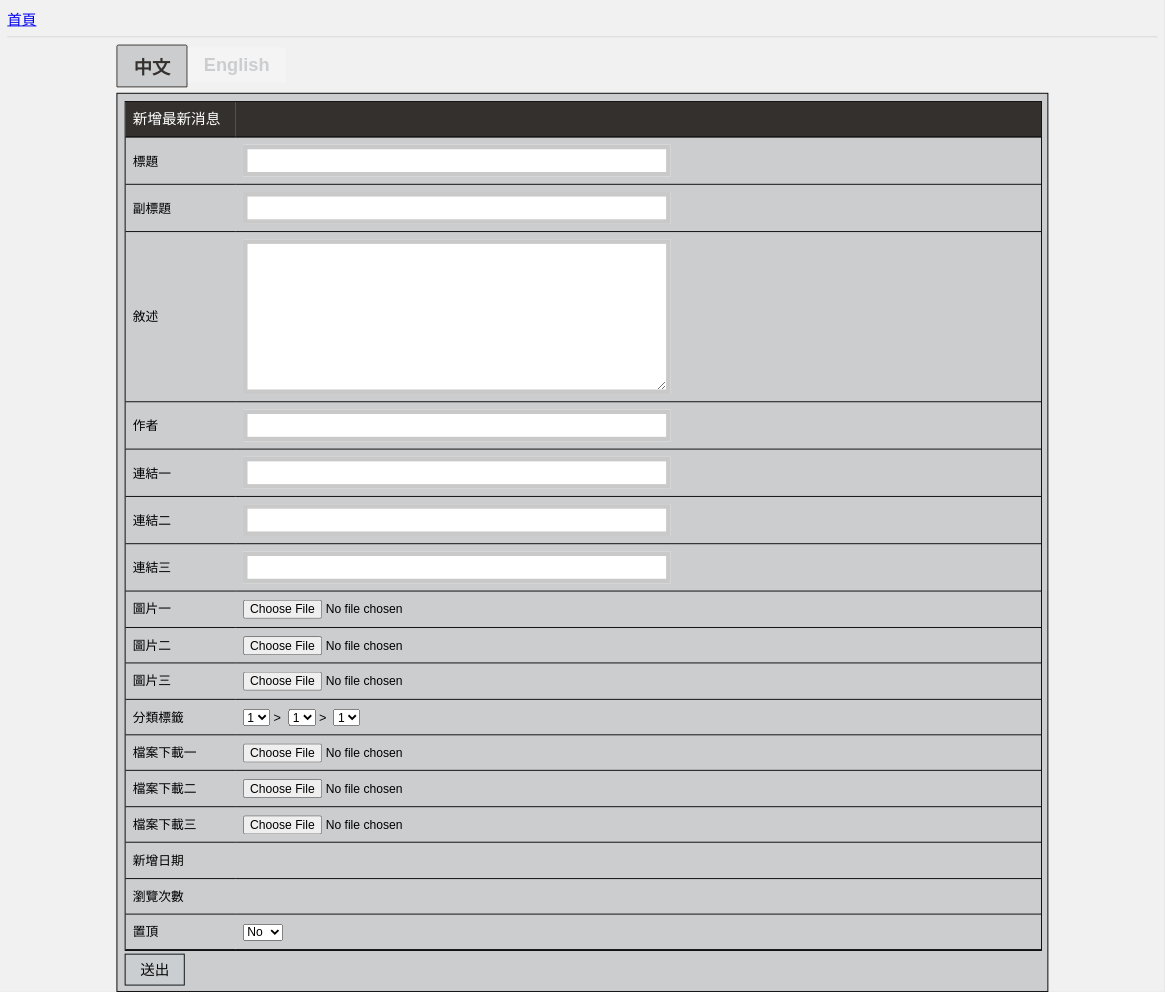
Repository: Naokiyuy/DigitalHum
Page: http://localhost/digital/backend/hotnews/hotnews-add.jsp
These files come from the project's save history. The page is drawn as it stood at one moment and after the next save; the edit follows.
The browser window is 1280 px wide. The pictures show the whole page, at 91% of full size.
Some web libraries are served in a nearby version. The page is served by Tomcat 9. Other server files are loaded and not shown.

Above is the page before, as saved 2015-03-12 18:23:11.

### digital/src/main/webapp/backend/hotnews/hotnews-add.jsp
<%@ page language="java" contentType="text/html; charset=UTF-8"
    pageEncoding="UTF-8"%>
<!DOCTYPE html PUBLIC "-//W3C//DTD HTML 4.01 Transitional//EN" "http://www.w3.org/TR/html4/loose.dtd">
<html>
<head>
<meta http-equiv="Content-Type" content="text/html; charset=UTF-8">
<title>[後台]最新消息-新增</title>
<link rel="stylesheet" type="text/css" href="/backend/css/hotnews/add.css" />
</head>
<body>
<jsp:include page="/backend/header/header.jsp"></jsp:include>
<hr />
<form action="/backend/hotnews-add.do" enctype="multipart/form-data" method="post">
<div class="tab_div">
<ul class="tabs">
	<li>
		<input type="radio" checked name="tabs" id="tab1">
        <label for="tab1">中文</label>
        <div id="tab-content1" class="tab-content animated fadeIn">
        	<div id="hotnews-add-table">
				<div class="hotnews-add-tr">
					<div class="hotnews-add-td"><span>新增最新消息</span></div>
					<div class="hotnews-add-td"></div>
				</div>
				<div class="hotnews-add-tr">
					<div class="hotnews-add-td">標題</div>
					<div class="hotnews-add-td"><input type="text" id="title_cht" name="title_cht"/></div>
				</div>
				<div class="hotnews-add-tr">
					<div class="hotnews-add-td">副標題</div>
					<div class="hotnews-add-td"><input type="text" id="subtitle_cht" name="subtitle_cht"/></div>
				</div>
				<div class="hotnews-add-tr">
					<div class="hotnews-add-td">敘述</div>
					<div class="hotnews-add-td"><textarea id="description_cht" name="description_cht"/></textarea></div>
				</div>
				<div class="hotnews-add-tr">
					<div class="hotnews-add-td">作者</div>
					<div class="hotnews-add-td"><input type="text" id="author_cht" name="author_cht"/></div>
				</div>
				<div class="hotnews-add-tr">
					<div class="hotnews-add-td">連結一</div>
					<div class="hotnews-add-td"><input type="text" id="link_1_cht" name="link_1_cht"/></div>
				</div>
				<div class="hotnews-add-tr">
					<div class="hotnews-add-td">連結二</div>
					<div class="hotnews-add-td"><input type="text" id="link_2_cht" name="link_2_cht"/></div>
				</div>
				<div class="hotnews-add-tr">
					<div class="hotnews-add-td">連結三</div>
					<div class="hotnews-add-td"><input type="text" id="link_3_cht" name="link_3_cht"/></div>
				</div>
				<div class="hotnews-add-tr">
					<div class="hotnews-add-td">圖片一</div>
					<div class="hotnews-add-td"><input type="file" id="image_1_cht" name="image_1_cht" /></div>
				</div>
				<div class="hotnews-add-tr">
					<div class="hotnews-add-td">圖片二</div>
					<div class="hotnews-add-td"><input type="file" id="image_2_cht" name="image_2_cht" /></div>
				</div>
				<div class="hotnews-add-tr">
					<div class="hotnews-add-td">圖片三</div>
					<div class="hotnews-add-td"><input type="file" id="image_3_cht" name="image_3_cht" /></div>
				</div>
				<div class="hotnews-add-tr">
					<div class="hotnews-add-td">分類標籤</div>
					<div class="hotnews-add-td">
						<select id="breadcrumb_1" name="breadcrumb_1_cht">
							<option>1</option>
							<option>2</option>
							<option>3</option>
						</select>&nbsp;>&nbsp;
						<select id="breadcrumb_2" name="breadcrumb_2_cht">
							<option>1</option>
							<option>2</option>
							<option>3</option>
						</select>&nbsp;>&nbsp;
						<select id="breadcrumb_3" name="breadcrumb_3_cht">
							<option>1</option>
							<option>2</option>
							<option>3</option>
						</select>
					</div>
				</div>
				<div class="hotnews-add-tr">
					<div class="hotnews-add-td">檔案下載一</div>
					<div class="hotnews-add-td"><input type="file" id="file_1_cht" name="file_1_cht" /></div>
				</div>
				<div class="hotnews-add-tr">
					<div class="hotnews-add-td">檔案下載二</div>
					<div class="hotnews-add-td"><input type="file" id="file_2_cht" name="file_2_cht" /></div>
				</div>
				<div class="hotnews-add-tr">
					<div class="hotnews-add-td">檔案下載三</div>
					<div class="hotnews-add-td"><input type="file" id="file_3_cht" name="file_3_cht" /></div>
				</div>
				<div class="hotnews-add-tr">
					<div class="hotnews-add-td">新增日期</div>
					<div class="hotnews-add-td"></div>
				</div>
				<div class="hotnews-add-tr">
					<div class="hotnews-add-td">瀏覽次數</div>
					<div class="hotnews-add-td"></div>
				</div>
				<div class="hotnews-add-tr">
					<div class="hotnews-add-td">置頂</div>
					<div class="hotnews-add-td">
						<select id="top_cht" name="top_cht">
							<option value="0">No</option>
							<option value="1">Yes</option>
						</select>
					</div>
				</div>
			</div>
			<div class="action_btn">
				<a class="submit_btn" href="#">送出</a>
			</div>
        </div>
	</li>
	<li>
		<input type="radio" name="tabs" id="tab2">
        <label for="tab2">English</label>
        <div id="tab-content2" class="tab-content animated fadeIn">
        	<div id="hotnews-add-table">
				<div class="hotnews-add-tr">
					<div class="hotnews-add-td"><span>New HotNews</span></div>
					<div class="hotnews-add-td"></div>
				</div>
				<div class="hotnews-add-tr">
					<div class="hotnews-add-td">Title</div>
					<div class="hotnews-add-td"><input type="text" id="title_enu" name="title_enu"/></div>
				</div>
				<div class="hotnews-add-tr">
					<div class="hotnews-add-td">Subtitle</div>
					<div class="hotnews-add-td"><input type="text" id="subtitle_enu" name="subtitle_enu"/></div>
				</div>
				<div class="hotnews-add-tr">
					<div class="hotnews-add-td">Description</div>
					<div class="hotnews-add-td"><textarea id="description_enu" name="description_enu"/></textarea></div>
				</div>
				<div class="hotnews-add-tr">
					<div class="hotnews-add-td">Author</div>
					<div class="hotnews-add-td"><input type="text" id="author_enu" name="author_enu"/></div>
				</div>
				<div class="hotnews-add-tr">
					<div class="hotnews-add-td">LinkA</div>
					<div class="hotnews-add-td"><input type="text" id="link_1_enu" name="link_1_enu"/></div>
				</div>
				<div class="hotnews-add-tr">
					<div class="hotnews-add-td">LinkB</div>
					<div class="hotnews-add-td"><input type="text" id="link_2_enu" name="link_2_enu"/></div>
				</div>
				<div class="hotnews-add-tr">
					<div class="hotnews-add-td">LinkC</div>
					<div class="hotnews-add-td"><input type="text" id="link_3_enu" name="link_3_enu"/></div>
				</div>
				<div class="hotnews-add-tr">
					<div class="hotnews-add-td">ImageA</div>
					<div class="hotnews-add-td"><input type="file" id="image_1_enu" name="image_1_enu" /></div>
				</div>
				<div class="hotnews-add-tr">
					<div class="hotnews-add-td">ImageB</div>
					<div class="hotnews-add-td"><input type="file" id="image_2_enu" name="image_2_enu" /></div>
				</div>
				<div class="hotnews-add-tr">
					<div class="hotnews-add-td">ImageC</div>
					<div class="hotnews-add-td"><input type="file" id="image_3_enu" name="image_3_enu" /></div>
				</div>
				<div class="hotnews-add-tr">
					<div class="hotnews-add-td">Breadcrumb</div>
					<div class="hotnews-add-td">
						<select id="breadcrumb_1" name="breadcrumb_1_enu">
							<option>1</option>
							<option>2</option>
							<option>3</option>
						</select>&nbsp;>&nbsp;
						<select id="breadcrumb_2" name="breadcrumb_2_enu">
							<option>1</option>
							<option>2</option>
							<option>3</option>
						</select>&nbsp;>&nbsp;
						<select id="breadcrumb_3" name="breadcrumb_3_enu">
							<option>1</option>
							<option>2</option>
							<option>3</option>
						</select>
					</div>
				</div>
				<div class="hotnews-add-tr">
					<div class="hotnews-add-td">FileA</div>
					<div class="hotnews-add-td"><input type="file" id="file_1_enu" name="file_1_enu" /></div>
				</div>
				<div class="hotnews-add-tr">
					<div class="hotnews-add-td">FileB</div>
					<div class="hotnews-add-td"><input type="file" id="file_2_enu" name="file_2_enu" /></div>
				</div>
				<div class="hotnews-add-tr">
					<div class="hotnews-add-td">FileC</div>
					<div class="hotnews-add-td"><input type="file" id="file_3_enu" name="file_3_enu" /></div>
				</div>
				<div class="hotnews-add-tr">
					<div class="hotnews-add-td">Create Date</div>
					<div class="hotnews-add-td"></div>
				</div>
				<div class="hotnews-add-tr">
					<div class="hotnews-add-td">Page View</div>
					<div class="hotnews-add-td"></div>
				</div>
				<div class="hotnews-add-tr">
					<div class="hotnews-add-td">Top</div>
					<div class="hotnews-add-td">
						<select id="top_enu" name="top_enu">
							<option value="0">No</option>
							<option value="1">Yes</option>
						</select>
					</div>
				</div>
				<div class="hotnews-add-tr">
					<div class="hotnews-add-td">Enabled</div>
					<div class="hotnews-add-td">
						<select id="enabled_enu" name="enabled_enu">
							<option value="0">No</option>
							<option value="1">Yes</option>
						</select>
					</div>
				</div>
			</div>
			<div class="action_btn">
				<a class="submit_btn" href="#">Submit</a>
			</div>
        </div>
	</li>
</ul>
</div>
</form>
<jsp:include page="/backend/footer/footer.jsp"></jsp:include>
</body>
</html>

### digital/src/main/webapp/backend/header/header.jsp
<%@ page language="java" contentType="text/html; charset=UTF-8"
    pageEncoding="UTF-8"%>
<!DOCTYPE html PUBLIC "-//W3C//DTD HTML 4.01 Transitional//EN" "http://www.w3.org/TR/html4/loose.dtd">
<html>
<head>
<meta http-equiv="Content-Type" content="text/html; charset=UTF-8">
<title>Insert title here</title>
<script type="text/javascript" src="https://code.jquery.com/jquery-1.11.2.min.js"></script>
</head>
<body>
<div id="breadcrumb">
	<a href="/backend/index.do">首頁</a>
</div>
</body>
</html>

### digital/src/main/webapp/backend/footer/footer.jsp
<%@ page language="java" contentType="text/html; charset=UTF-8"
    pageEncoding="UTF-8"%>
<!DOCTYPE html PUBLIC "-//W3C//DTD HTML 4.01 Transitional//EN" "http://www.w3.org/TR/html4/loose.dtd">
<html>
<head>
<meta http-equiv="Content-Type" content="text/html; charset=UTF-8">
<title>Insert title here</title>
</head>
<body>
<%-- Menu bar --%>

<%-- breadcrumb --%>


</body>
</html>

### digital/src/main/webapp/backend/css/hotnews/add.css

hr{
	border:0; height:1px; background-color:#d4d4d4;
}
body{
	font-family: "Varela Round",sans-serif, Microsoft JhengHei;
	background-color:#f1f1f1;
}

#hotnews-add-table{
	display:table;
	width:100%;
	border:1px solid #000000;
	max-width:1024px;
	margin: 0 auto;
}

.hotnews-add-tr {
	display: table-row;
}

.hotnews-add-td {
	display: table-cell;
	vertical-align:middle;
	border:1px solid #000000;
	border-width:0px 0px 1px 0px;
	text-align:left;
	padding:8px;
	font-size:14px;
	font-weight:normal;
	color:#000000;
}

.hotnews-add-td:first-child{
	width:12%;
}

.hotnews-add-tr:first-child {
	background-color:#34302D;
}

.hotnews-add-tr:first-child span{
	color:#ffffff;
	font-size:16px;
	vertical-align:middle;
	text-align:center;
}

.tabs input[type=radio] {
          position: absolute;
          top: -9999px;
          left: -9999px;
}
.tabs {
		max-width:1024px;
        float: none;
        list-style: none;
        position: relative;
        padding: 0;
        margin: 0px auto;
        min-height:100%;
}
      .tabs li{
        float: left;
      }
.tabs label {
          display: block;
          padding: 8px 18px;
          border-radius: 2px 2px 0 0;
          color: #CBCDCF;
          font-size: 20px;
          font-weight: bold;
          //font-family: 'Lily Script One', helveti;
          background: rgba(255,255,255,0.2);
          cursor: pointer;
          position: relative;
          top: 3px;
          -webkit-transition: all 0.2s ease-in-out;
          -moz-transition: all 0.2s ease-in-out;
          -o-transition: all 0.2s ease-in-out;
          transition: all 0.2s ease-in-out;
}
.tabs label:hover {
        background: rgba(255,255,255,0.5);
        top: 0;
        border: 1px solid;
}

[id^=tab]:checked + label {
        background: #CBCDCF;
        color: rgb(52, 48, 45);
        top: 0;
        border: 1px solid;
}

[id^=tab]:checked ~ [id^=tab-content] {
          display: block;
}
.tab-content{
        z-index: 2;
        display: none;
        text-align: left;
        width: 100%;
        font-size: 16px;
        line-height: 140%;
        padding-top: 10px;
        background: #CBCDCF;
        padding: 8px;
        color: white;
        position: absolute;
        top: 53px;
        border: 1px solid #000;
        left: 0;
        box-sizing: border-box;
        -webkit-animation-duration: 0.5s;
        -o-animation-duration: 0.5s;
        -moz-animation-duration: 0.5s;
        animation-duration: 0.5s;
}

.action_btn{
	max-width:1024px;
	margin-top:10px;
	margin-right:auto;
	margin-bottom: 3px;
	margin-left:auto;
}

.submit_btn {
  color: #080808;
  font-size: 16px;
  background: #caced1;
  padding: 8px 16px 8px 16px;
  border: solid #00060a 1px;
  text-decoration: none;
}

.submit_btn:hover {
  background: #99a1a6;
  text-decoration: none;
}

textarea {
	height:150px;
	width:450px;
	padding: 5px;
  	border: solid 5px #c9c9c9;
  	transition: border 0.3s;
}

textarea:focus {
	border: solid 5px #969696;
  	box-shadow: 0 0 5px 1px #969696;
}

input[type="text"] {
  padding: 5px;
  border: solid 5px #c9c9c9;
  transition: border 0.3s;
  width:450px;
}
input[type="text"]:focus{
  border: solid 5px #969696;
  box-shadow: 0 0 5px 1px #969696;
}

After the next save:
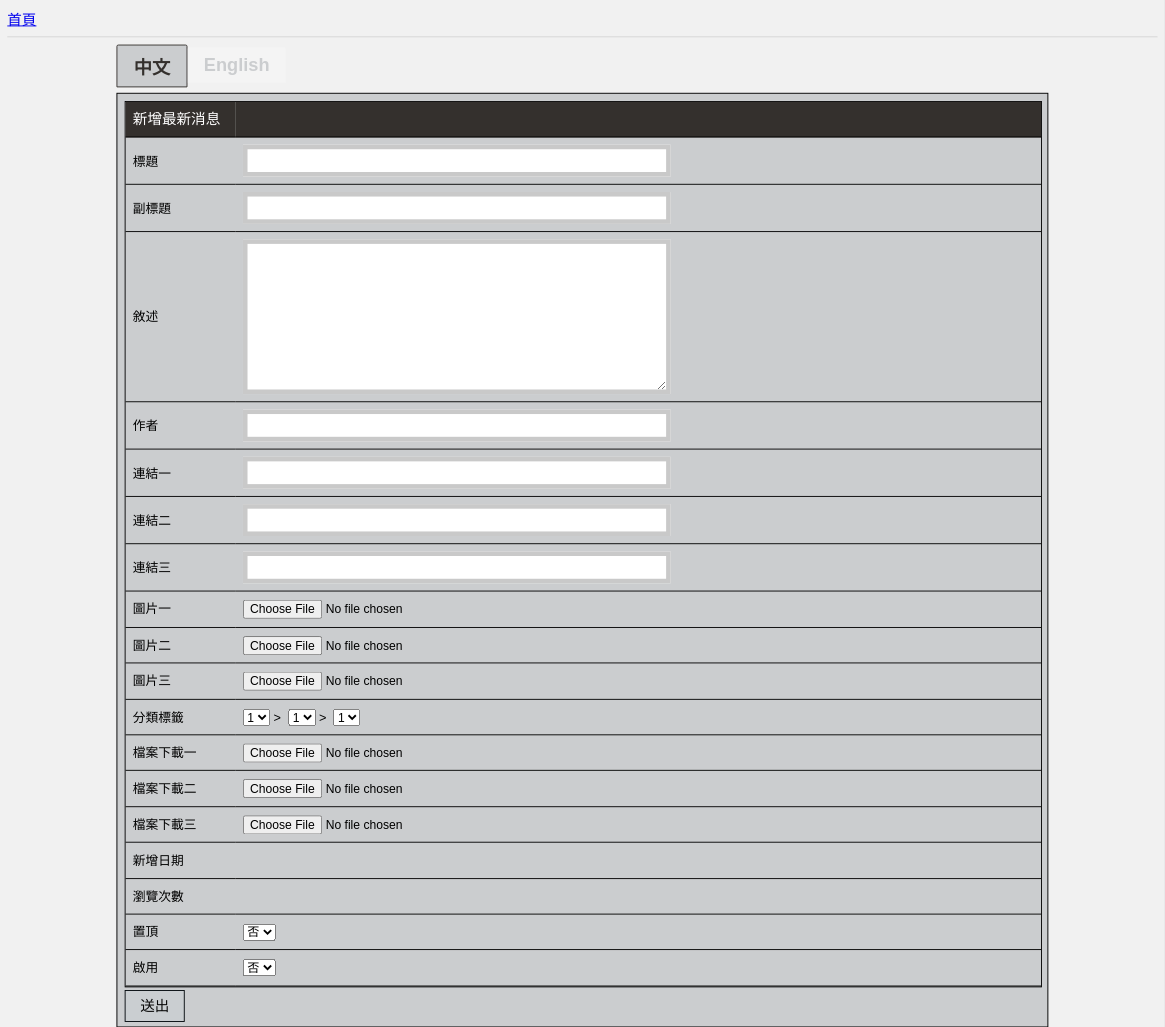
Saved 45 s later.
--- a/digital/src/main/webapp/backend/hotnews/hotnews-add.jsp
+++ b/digital/src/main/webapp/backend/hotnews/hotnews-add.jsp
@@ -106,8 +106,17 @@
 					<div class="hotnews-add-td">置頂</div>
 					<div class="hotnews-add-td">
 						<select id="top_cht" name="top_cht">
-							<option value="0">No</option>
-							<option value="1">Yes</option>
+							<option value="0">否</option>
+							<option value="1">是</option>
+						</select>
+					</div>
+				</div>
+				<div class="hotnews-add-tr">
+					<div class="hotnews-add-td">啟用</div>
+					<div class="hotnews-add-td">
+						<select id="enabled_cht" name="enabled_cht">
+							<option value="0">否</option>
+							<option value="1">是</option>
 						</select>
 					</div>
 				</div>
